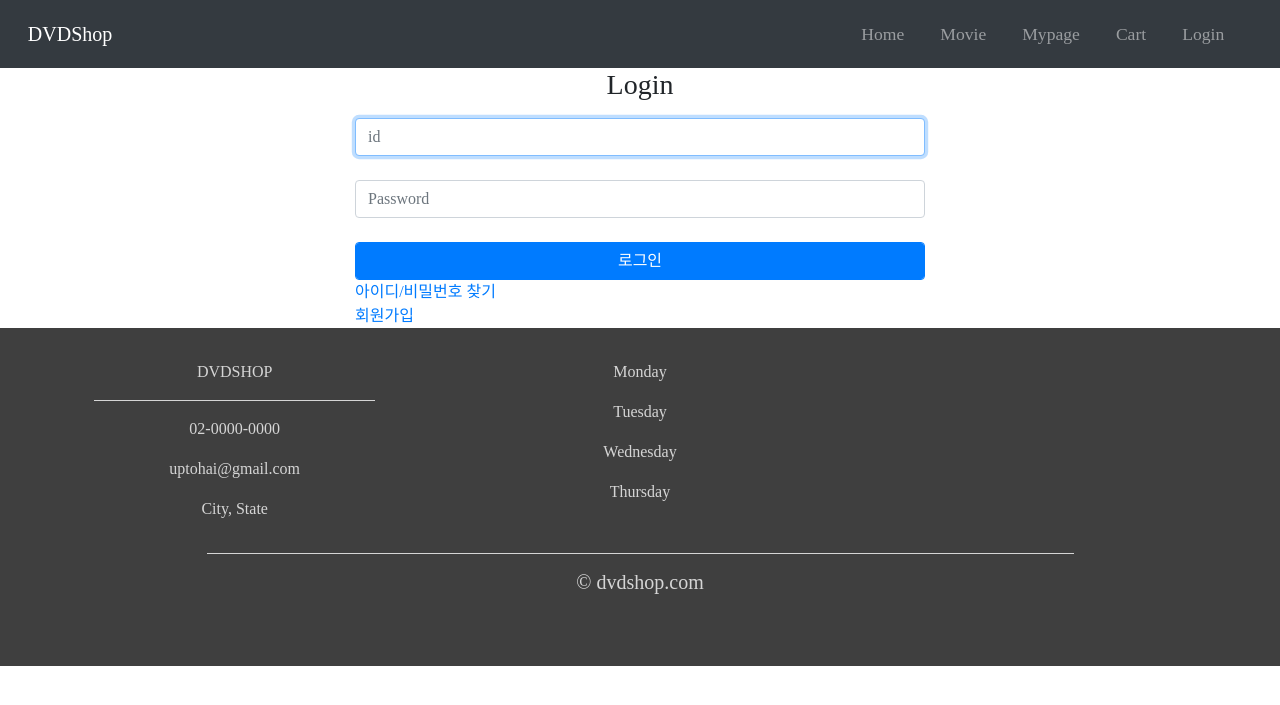
Repository: afterup/dvdshop
Page: http://localhost/shop_project/view/user/login_fail.jsp
The author's editor kept a copy of each file at every save. The page is drawn from the files as they stood at one save, then again after the next save.
The browser window is 1280 px wide. The pictures show the whole page.
The page is served by Tomcat 9. Other server files are loaded and not shown.

Above is the page before, as saved 2019-08-14 07:17:46.

### shop_project/WebContent/view/user/login_fail.jsp
<%@ page language="java" contentType="text/html; charset=UTF-8"
    pageEncoding="UTF-8"%>
<!DOCTYPE html>
<html lang="en">

<head>
    <meta charset="UTF-8">
    <meta name="viewport" content="width=device-width, initial-scale=1.0">
    <meta http-equiv="X-UA-Compatible" content="ie=edge">
    <title>Document</title>
    <!-- 부트스트랩 css-->
    <link rel="stylesheet" href="https://stackpath.bootstrapcdn.com/bootstrap/4.3.1/css/bootstrap.min.css"
        integrity="sha384-ggOyR0iXCbMQv3Xipma34MD+dH/1fQ784/j6cY/iJTQUOhcWr7x9JvoRxT2MZw1T" crossorigin="anonymous">
    <!-- 사용자 css-->
    <link rel="stylesheet" href="css/style.css">
    <style>
    	.container {
    		width: 600px;
    	}


    </style>
</head>


<body>
    <!-- Navigation -->
	<%@ include file="/view/common/header.jsp" %>
    <!-- main-->

    <div class="container">
        <div class="">
            <div class="panel panel-successs">
                <div class="panel-heading">
                    <h3 class="mb-3 text-center">Login</h3>
                </div>
                <div class="panel-body">
                    <form action="movie?action=loginAction" method="POST">
                        <input type="text" class="form-control mb-4" name="id" placeholder="id" autofocus>
                        <input type="password" class="form-control mb-4" name="pass" placeholder="Password">
                        <button type="submit" class="form-control btn btn-primary">로그인</button>
                    </form>
                    <a href="movie?action=idcheck">아이디/비밀번호 찾기</a><br>
                    <a href="movie?action=join">회원가입</a>
                </div>
            </div>
        </div>
    </div>



    <!-- Footer -->
	<%@ include file="/view/common/footer.jsp" %>

    <!-- 부트스트랩 -->
    <script src="https://code.jquery.com/jquery-3.3.1.slim.min.js"
        integrity="sha384-q8i/X+965DzO0rT7abK41JStQIAqVgRVzpbzo5smXKp4YfRvH+8abtTE1Pi6jizo" crossorigin="anonymous">
    </script>
    <script src="https://cdnjs.cloudflare.com/ajax/libs/popper.js/1.14.7/umd/popper.min.js"
        integrity="sha384-UO2eT0CpHqdSJQ6hJty5KVphtPhzWj9WO1clHTMGa3JDZwrnQq4sF86dIHNDz0W1" crossorigin="anonymous">
    </script>
    <script src="https://stackpath.bootstrapcdn.com/bootstrap/4.3.1/js/bootstrap.min.js"
        integrity="sha384-JjSmVgyd0p3pXB1rRibZUAYoIIy6OrQ6VrjIEaFf/nJGzIxFDsf4x0xIM+B07jRM" crossorigin="anonymous">
    </script>
</body>


</html>

### shop_project/WebContent/view/common/header.jsp
<%@ page language="java" contentType="text/html; charset=UTF-8"
    pageEncoding="UTF-8"%>
<!DOCTYPE html>
<html>
<head>
<meta charset="UTF-8">
<title>Insert title here</title>
</head>
<body>

	<!-- Navigation -->
    <nav class="navbar navbar-expand-md navbar-dark bg-dark sticky-top">
        <div class="container-fluid">
            <a href="movie" class="navbar-brand">DVDShop</a>
            <button class="navbar-toggler" type="button" data-toggle="collapse" data-target="#navbarResponsive">
                <span class="navbar-toggler-icon"></span>
            </button>
            <div class="collapse navbar-collapse" id="navbarResponsive">
                <ul class="navbar-nav ml-auto">
                    <li class="nav-item"><a class="nav-link" href="movie">Home</a></li>
                    <li class="nav-item"><a class="nav-link" href="movie?action=moviePage">Movie</a></li>
                    <li class="nav-item"><a class="nav-link" href="movie?action=mypage">Mypage</a></li>
                    <li class="nav-item"><a class="nav-link" href="movie?action=cart">Cart</a></li>

                   <%
                   	String id = (String)request.getSession().getAttribute("id");
                   	System.out.print("id="+id);
                   	if(id == null){
                   %>
                    <li class="nav-item"><a href="movie?action=login" class="nav-link">Login</a></li>
               	   <%
                   	}else{
               	   %>
                    <li class="nav-item"><a href="movie?action=logout" class="nav-link">Logout</a></li>
               	   <%
                   	}
               	   %>
                </ul>
            </div>
        </div>
    </nav>

</body>
</html>

### shop_project/WebContent/view/common/footer.jsp
<%@ page language="java" contentType="text/html; charset=UTF-8"
    pageEncoding="UTF-8"%>
<!DOCTYPE html>
<html>
<head>
<meta charset="UTF-8">
<title>Insert title here</title>
</head>
<body>
    <footer>
        <div class="container-fluid padding">
            <div class="row text-center">
                <div class="col-md-4">
                    DVDSHOP
                    <hr class="light">
                    <p>02-0000-0000</p>
                    <p>uptohai@gmail.com</p>
                    <p>City, State</p>
                </div>
                <div class="col-md-4">
                    <p>Monday</p>
                    <p>Tuesday</p>
                    <p>Wednesday</p>
                    <p>Thursday</p>
                </div>
            </div>
            <div class="col-12">
                <hr class="light">
                <h5 class="text-center">&copy; dvdshop.com</h5>
            </div>
        </div>
    </footer>

</body>
</html>

### shop_project/WebContent/css/style.css
html,
body {
    height: 100%;
    width: 100%;
    font-family: "sans-serif";
}

img {
    width: 100%;
}

#adminPage {
    background-color: rgb(250, 249, 242);
}

.navbar {
    padding: .8rem;
}

.navbar-nav li {
    padding-right: 20px;
}

.nav-link {
    font-size: 1.1em !important;
}

.carousel-inner img {
    width: 100%;
    height: 100%;
}

.btn-info {
    background-color: rgb(57, 55, 66);
    color: rgb(240, 240, 240);
    border-color: rgb(57, 55, 66);
}

.jumbotron {
    padding: 1rem;
}

.padding {
    padding-bottom: 2rem;
}

footer {
    background-color: #3f3f3f;
    color: #d5d5d5;
    padding: 2rem;
}

hr.light {
    border-top: 1px solid #d5d5d5;
    width: 75%;
}

After the next save:
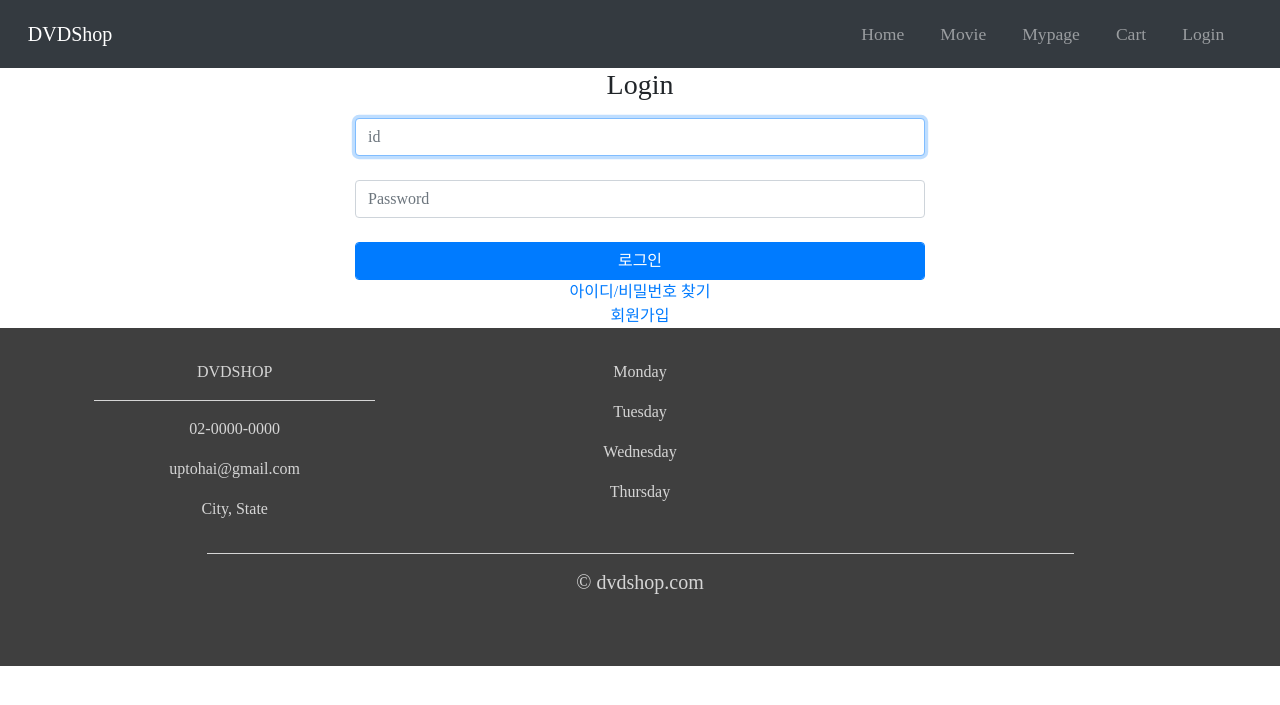
Saved 30 s later.
--- a/shop_project/WebContent/view/user/login_fail.jsp
+++ b/shop_project/WebContent/view/user/login_fail.jsp
@@ -28,11 +28,11 @@
 	<%@ include file="/view/common/header.jsp" %>
     <!-- main-->
 
-    <div class="container">
+    <div class="container text-center">
         <div class="">
             <div class="panel panel-successs">
                 <div class="panel-heading">
-                    <h3 class="mb-3 text-center">Login</h3>
+                    <h3 class="mb-3">Login</h3>
                 </div>
                 <div class="panel-body">
                     <form action="movie?action=loginAction" method="POST">
